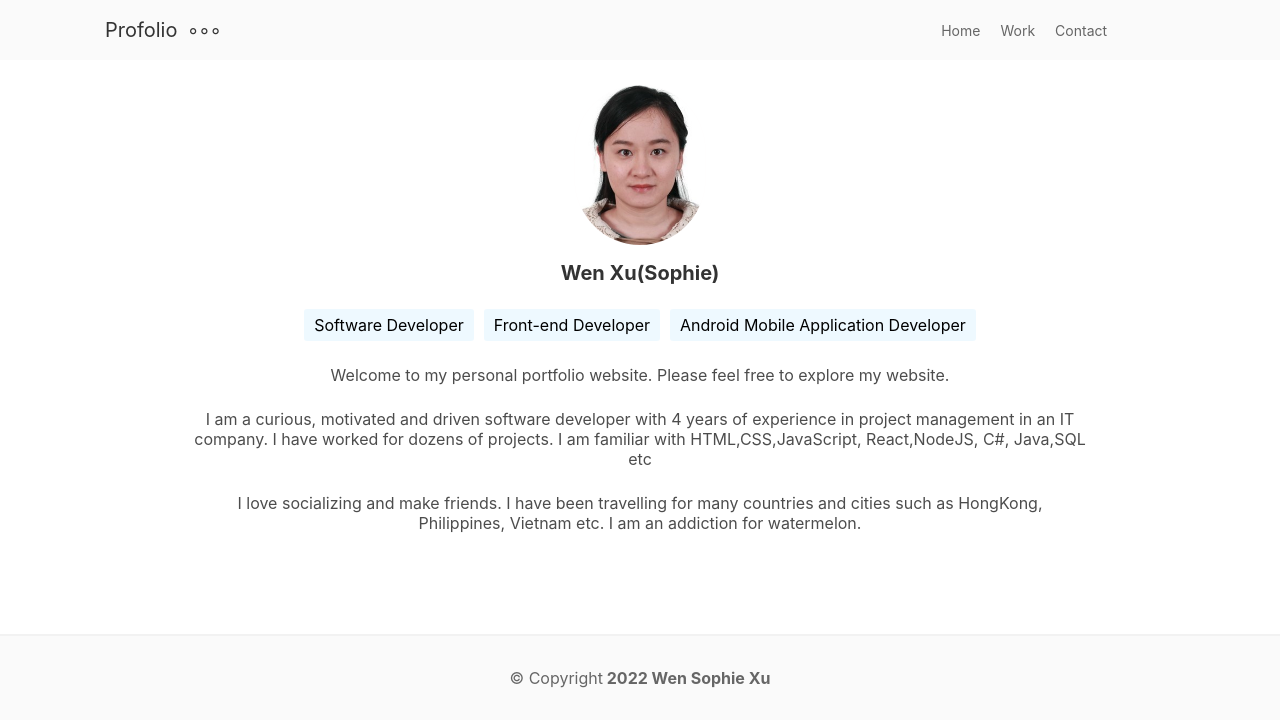
Repository: wenxi0504/myResume_app
Page: /
These files come from the project's save history. The page is drawn as it stood at one moment and after the next save; the edit follows.
The browser window is 1280 px wide. The pictures show the whole page.
The project was rebuilt for these pictures with package versions that can differ from the ones it lists, and the page was loaded fresh each time. Also part of the build but not shown: src/pages/WorkPage/works.module.scss, src/components/WorkLists/work.module.scss, src/components/WorkLists/index.js, src/pages/WorkPage/index.js, src/pages/WorkPageDetail/index.js, src/pages/Contact/index.js.

Above is the page before, as saved 2022-01-04 00:56:32.

### src/index.js
import React from 'react';
import ReactDOM from 'react-dom';
import './index.css';
import App from './pages/App';
import reportWebVitals from './reportWebVitals';
import { BrowserRouter as Router} from 'react-router-dom'



ReactDOM.render(
  <Router>
    <App />
  </Router>,
  document.getElementById('root')
);

// If you want to start measuring performance in your app, pass a function
// to log results (for example: reportWebVitals(console.log))
// or send to an analytics endpoint. Learn more: https://bit.ly/CRA-vitals
reportWebVitals();

### src/index.css
body {
  margin: 0;
  padding: 0;
  font-family: -apple-system, BlinkMacSystemFont, "Segoe UI", "Roboto", "Oxygen",
    "Ubuntu", "Cantarell", "Fira Sans", "Droid Sans", "Helvetica Neue",
    sans-serif;
  -webkit-font-smoothing: antialiased;
  -moz-osx-font-smoothing: grayscale;
}

code {
  font-family: source-code-pro, Menlo, Monaco, Consolas, "Courier New",
    monospace;
}


body, h1, h2, h3, h4, h5, h6, hr, p, blockquote, dl, dt, dd, ul, ol, li, pre, form, fieldset, legend, button, input, textarea, th, td {
  margin:0; padding:0;
}
body, button, input, select, textarea {
  font:12px/1.5tahoma, arial, \5b8b\4f53;
}
h1, h2, h3, h4, h5, h6{
  font-size:100%;
  color:rgb(51, 51, 51);
}
address, cite, dfn, em, var {
  font-style:normal;
}
code, kbd, pre, samp {
  font-family:couriernew, courier, monospace;
}
small{
  font-size:12px;
}
ul, ol {
  list-style:none;

}

a {
  text-decoration:none;
}

sup {
  vertical-align:text-top;
}
sub{
  vertical-align:text-bottom;
}
legend {
  color:#000;
}
fieldset, img {
  border:0;
}
button, input, select, textarea {
  font-size:100%;
}
table {
  border-collapse:collapse; border-spacing:0;
}


html,body,#root{
   width: 100%;
   height: 100%;
}

code {
  font-family: source-code-pro, Menlo, Monaco, Consolas, "Courier New",
    monospace;
}

### src/pages/App.js
import logo from "./logo.svg";
import styles from "./App.module.scss";
import { Link, Routes, Route } from "react-router-dom";
import HomePage from "./HomePage";
import WorkPage from "./WorkPage";
import WorkPageDetail from "./WorkPageDetail";
import Contact from "./Contact";
function App() {
  //get value of location

  return (
    <div className={styles.App}>
      {/*Header*/}
      <header className={styles.header}>
        <div className={styles.box}>
          <Link to="/">
            <div className={styles.boxleft}>Profolio</div>
          </Link>
          <div className={styles.boxright}>
            <Link to="/">
              <p>Home</p>
            </Link>
            <Link to="/works">
              <p>Work</p>
            </Link>
            <Link to="/contact">
              <p>Contact</p>
            </Link>
          </div>
        </div>
      </header>

      {/* Content */}
      <section className={styles.content}>
        <div>
          <Routes>
            <Route path="/" exact element={<HomePage />} />
            <Route path="/works" exact element={<WorkPage />} />
            <Route path="/works/:id" exact element={<WorkPageDetail />} />
            <Route path="/contact" exact element={<Contact />} />
          </Routes>
        </div>
      </section>

      {/*footer*/}
      <footer className={styles.footer}>
        <p>
          © Copyright<b> 2022 Wen Sophie Xu</b>
        </p>
      </footer>
    </div>
  );
}

export default App;

### src/pages/App.module.scss
.App {
  display: flex;
  min-height: 100vh;
  flex-direction: column;
  .content {
    flex: 1;
    text-align: center;
  }
  .header {
    background-color: rgb(250, 250, 250);
    height: 60px;
    .selected {
      color: #333 !important;
      padding-bottom: 5px;
      border-bottom: 1.5px solid #333;
    }
    .box {
      width: 70%;
      height: 100%;

      display: flex;
      align-items: center;
      justify-content: space-between;
      a:hover {
        text-decoration: none;
      }
      .boxleft {
        font-size: 20px;
        color: rgb(51, 51, 51);
        padding: 0px 5px 0px 100px;
        margin: 0px 5px;
      }
      .boxleft::after {
        content: "◦◦◦";
        margin-left: 0.5em;
      }

      .boxright {
        display: inline-flex;
        justify-content: flex-start;
        padding: 0px 5px 0px 100px;
        margin: 0px 5px 0px 600px;
        p {
          margin: 0px 10px;
          font-size: 14px;
          color: rgb(102, 102, 102);
        }
      }
      div {
        cursor: pointer;
      }
    }
  }
  .footer {
    text-align: center;
    padding: 30px 0px;
    color: rgb(102, 102, 102);
    background: #fafafa;
    border-top: 2px solid #f2f2f2;
    p {
      padding: 2px 0px;
    }
  }
}

### src/pages/HomePage/index.js
// eslint-disable-next-line no-unused-vars
import React, { Component } from 'react';
import styles from'./home.module.scss'


// eslint-disable-next-line import/no-anonymous-default-export
export default () => {
    return <div className={styles.wrap}>
        {/* Personal Info*/}
       <section className={styles.brief}>

       <img className={styles.backgroundColor} src={require("../../assets/images/wenxuReact2.jpg")} alt="sophie"/>
       <h2>Wen Xu(Sophie)</h2>

       <ul>
          <li>Software Developer</li>
          <li>Front-end Developer</li>
          <li>Android Mobile Application Developer</li>
       </ul>
       <p>Welcome to my personal portfolio website. Please feel free to explore my website.</p>
       <p>I am a curious, motivated and driven software developer with 4 years of experience in project management in an IT company. I have worked for dozens of projects. I am familiar with HTML,CSS,JavaScript, React,NodeJS, C#, Java,SQL etc </p>
       <p>I love socializing and make friends. I have been travelling for many countries and cities such as HongKong, Philippines, Vietnam etc. I am an addiction for watermelon. </p>
       </section>

        </div>
}

### src/pages/HomePage/home.module.scss

    .wrap{
        flex: 1;
        width: 70%;
        margin: 5px auto;
        .brief{
           text-align: center;


            h2{
              padding: 12px 0px;
              font-size: 20px;
            }

            img{

               width: 130px;
               height: 160px;
               border-radius: 150px;
               margin-top: 20px;
               box-shadow:0px 0px 2px 0px rgb(253, 251, 251)

            }
            img:hover{
                box-shadow: 0px 0px 15px 3px rgb(246, 239, 233)
            }



           ul{
            display: flex;
            justify-content: center;
             li{
                padding: 6px 10px;
                background: rgba(87, 199, 255, 0.1);
                margin: 12px 5px;
                border-radius: 3px;
             }
           }

           p{
            padding: 12px 0px;
            color: rgba(0, 0, 0, 0.7);
          }
        }

        .work{
            text-align: center;
            padding-top: 40px;
            padding-bottom: 25px;
            .title{
              h3{
                font-size: 30px;
                padding-bottom: 12px;
                color: rgba(0,0,0,.8);
                font-weight: 400;
              }
              p{
                color: rgba(0, 0, 0, 0.7);
              }
            }

    }
}

Loaded but not shown: public/index.html (common file); src/reportWebVitals.js (common file)

After the next save:
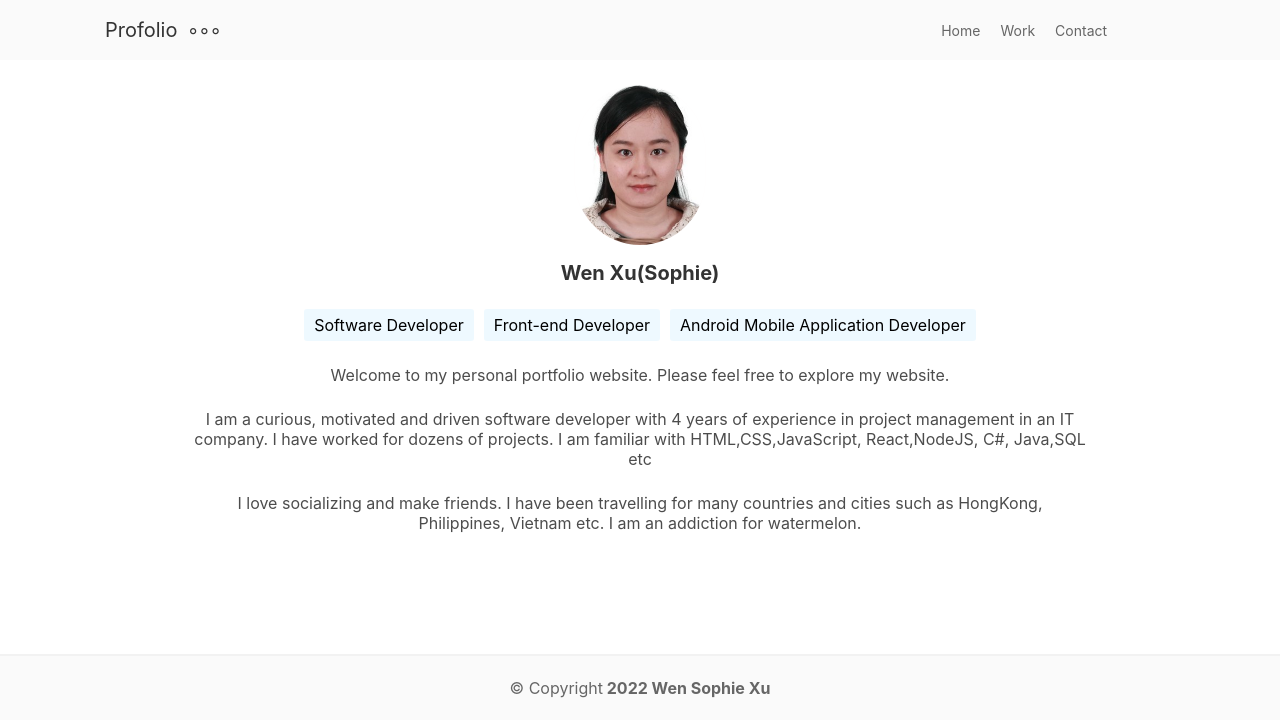
Saved 17 s later.
--- a/src/pages/App.module.scss
+++ b/src/pages/App.module.scss
@@ -53,7 +53,7 @@
   }
   .footer {
     text-align: center;
-    padding: 30px 0px;
+    padding: 20px 0px;
     color: rgb(102, 102, 102);
     background: #fafafa;
     border-top: 2px solid #f2f2f2;
